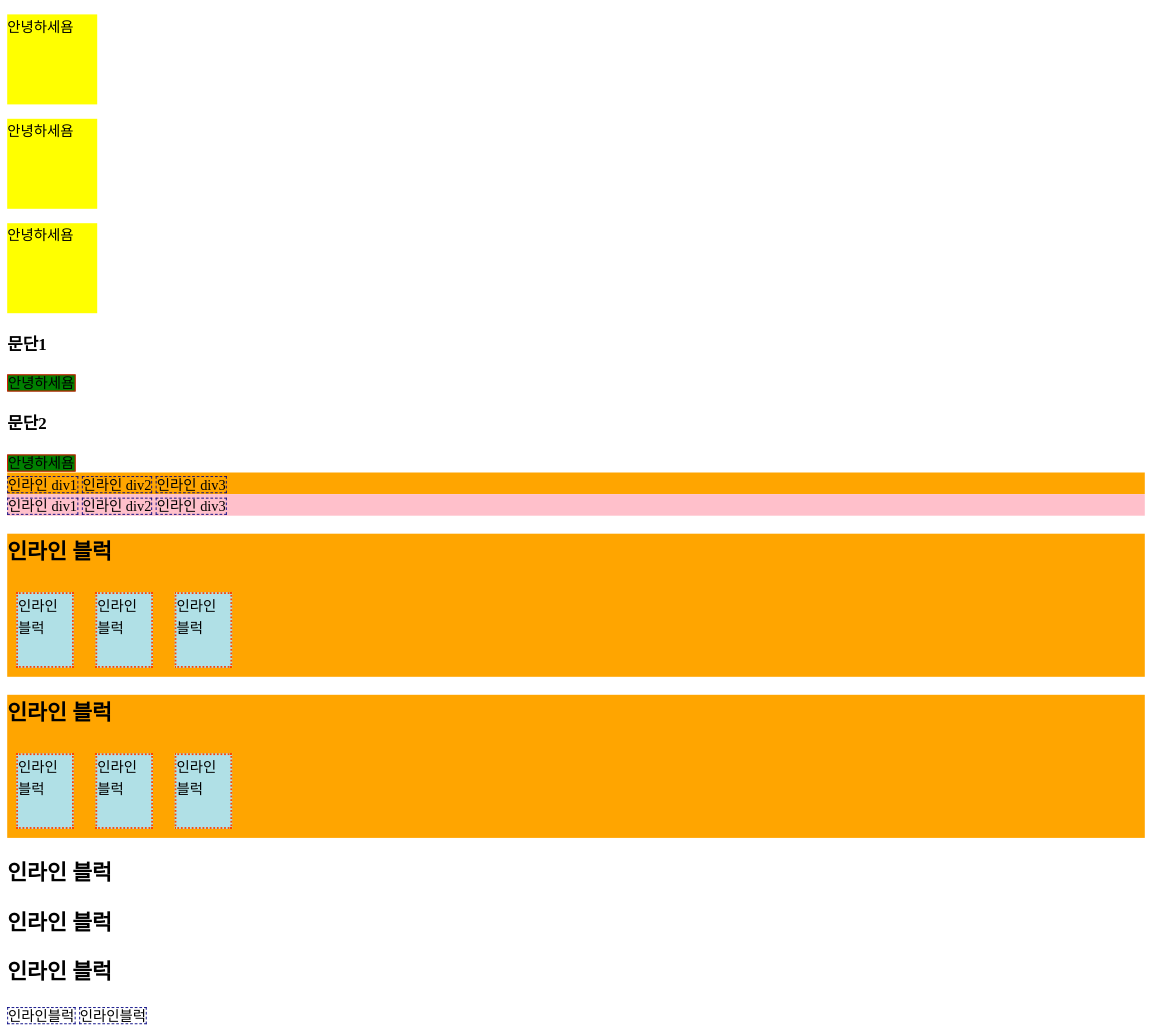
Repository: buildadoor/eclipse
Page: frontWeb/src/main/webapp/a05_cssHigh/a02_display2.html
These files come from the project's save history. The page is drawn as it stood at one moment and after the next save; the edit follows.
The browser window is 1280 px wide. The pictures show the whole page, at 90% of full size.

Above is the page before, as saved 2022-11-09 07:17:49.

### frontWeb/src/main/webapp/a05_cssHigh/a02_display2.html
<!DOCTYPE html>
<html>
<head>
<meta charset="UTF-8">
<title>Insert title here</title>
<style type="text/css">
/*
# display:inline
1. div를 inline으로 수정
*/
	div>div{
		display:inline;
		border:1px dashed navy;
	}
	/*
	ex)  div의  자손 p태그는 inline으로 처리하세요

	*/
	div p{display:inline;border:1px solid red; background:green;}
	p{width:100px;height:100px;background:yellow;}

</style>
</head>
<body>
		<p>안녕하세욤</p>
		<p>안녕하세욤</p>
		<p>안녕하세욤</p>
		<div>
		<h3>문단1</h3>
		<p>안녕하세욤</p>
		</div>
		<div>
		<h3>문단2</h3>
		<p>안녕하세욤</p>
		</div>
	<div style="background:orange">
		<div>인라인 div1</div>
		<div>인라인 div2</div>
		<div>인라인 div3</div>
		</div>
	<div style="background:pink">
		<div>인라인 div1</div>
		<div>인라인 div2</div>
		<div>인라인 div3</div>
		</div>
<!--
#dispaly:inline-block
1. div를 인라인 블록 박스로 수정
 -->
<style>
		div div.inblock{
			display:inline-block;
			border:2px dotted orangered;
			background:powderblue;
			margin:10px;
			width:60px;height:80px;
		}
		div h2.{
		width:100px;
		height:100px;
		}
</style>

	<div style="background:orange">
		<h2>인라인 블럭</h2>
		<div class="inblock">인라인 블럭</div>
		<div class="inblock">인라인 블럭</div>
		<div class="inblock">인라인 블럭</div>
</div>
	<div style="background:orange">
		<h2>인라인 블럭</h2>
		<div class="inblock">인라인 블럭</div>
		<div class="inblock">인라인 블럭</div>
		<div class="inblock">인라인 블럭</div>
</div>
<!-- ex) div 안에 h2를 선언해서 자손관계에 있으면 h2가 inline-block
		으로 넓이와 폭이 설정되게 하세요.-->
	<div>
	<h2>인라인 블럭</h2>
	<h2>인라인 블럭</h2>
	<h2>인라인 블럭</h2>
	<div class="inblock2">인라인블럭</div>
	<div class="inblock2">인라인블럭</div>
	</div>
</body>
</html>

After the next save:
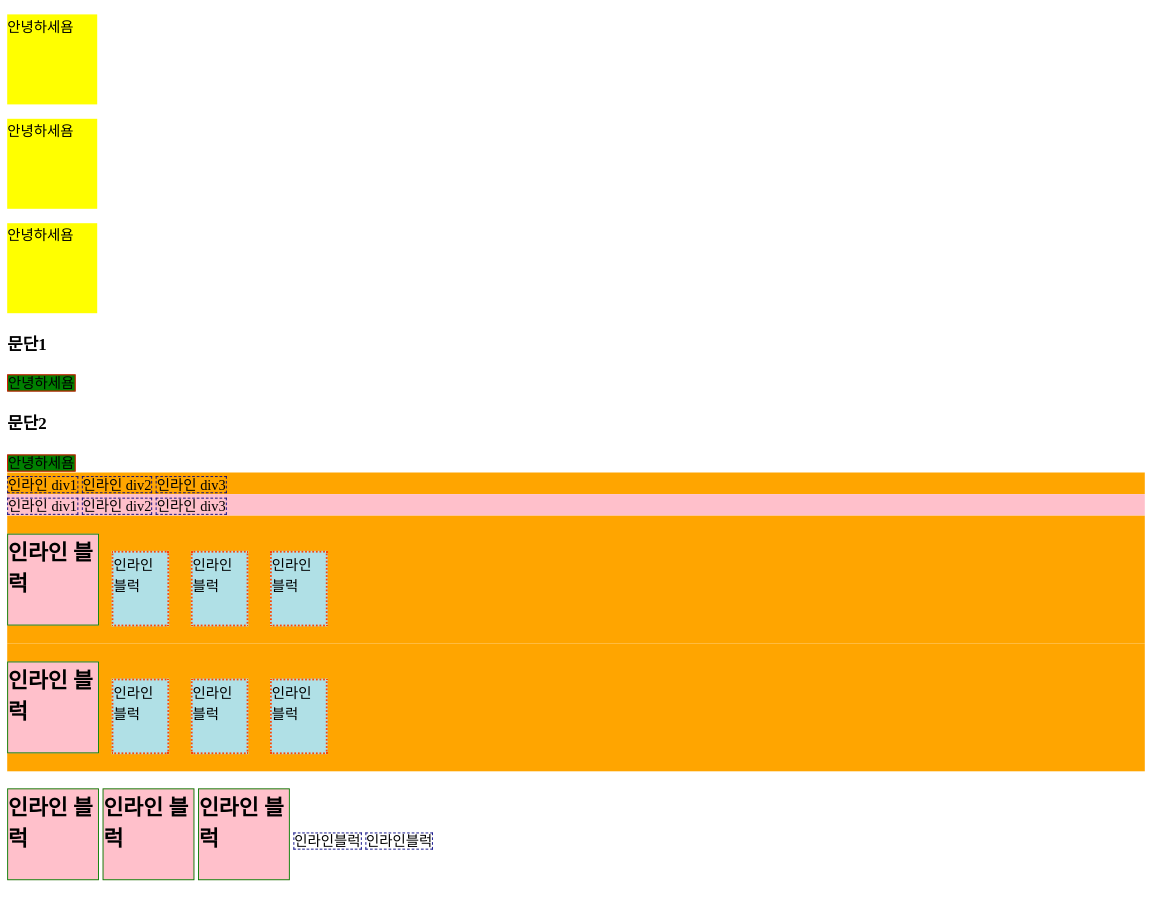
Saved 42 s later.
--- a/frontWeb/src/main/webapp/a05_cssHigh/a02_display2.html
+++ b/frontWeb/src/main/webapp/a05_cssHigh/a02_display2.html
@@ -55,9 +55,8 @@
 			margin:10px;
 			width:60px;height:80px;
 		}
-		div h2.{
-		width:100px;
-		height:100px;
+		div h2{ display:inline-block;border:1px solid green;
+		width:100px;height:100px;background:pink;}
 		}
 </style>
 
